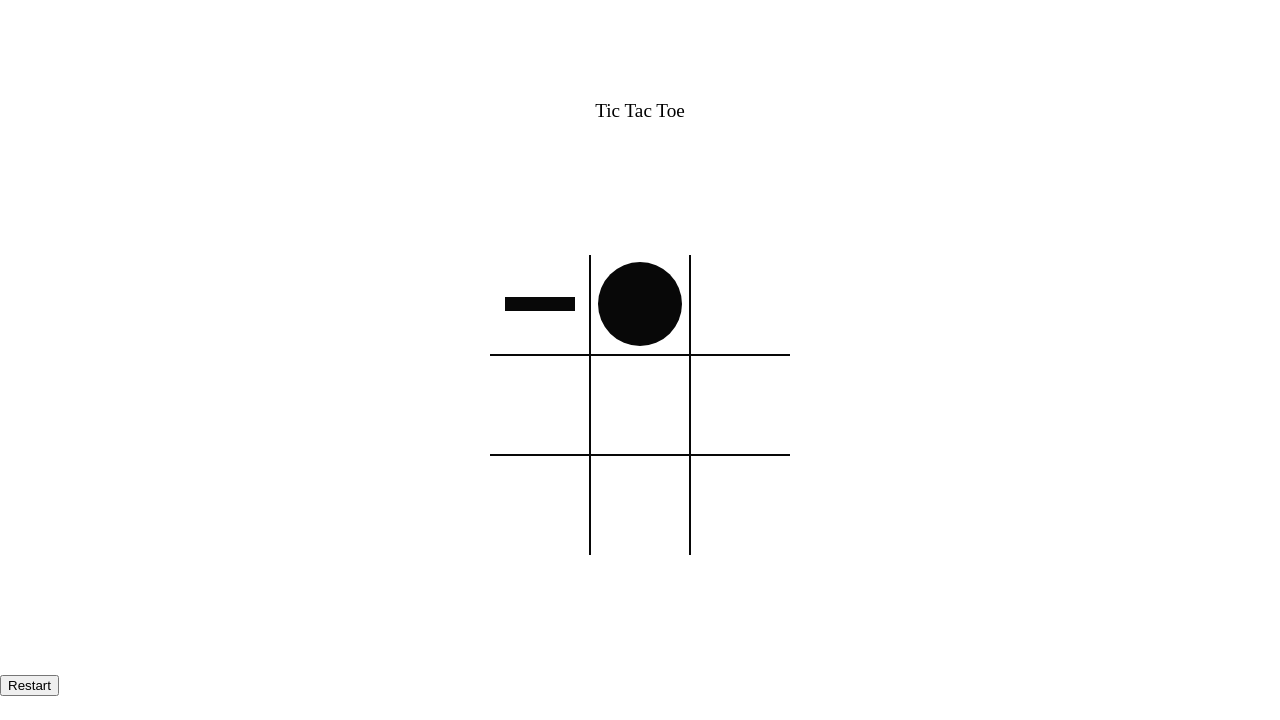
Repository: kkyler24/MCLA
Page: devFiles/TictactoeFiles/ticTacToe.html
The author's editor kept a copy of each file at every save. The page is drawn from the files as they stood at one save, then again after the next save.
The browser window is 1280 px wide. The pictures show the whole page.

Above is the page before, as saved 2020-04-17 15:32:30.

### devFiles/TictactoeFiles/ticTacToe.html
<!DOCTYPE html>
<html lang="en">

<head>
    <meta charset="UTF-8">
    <meta name="viewport" content="width=device-width, initial-scale=1.0">
    <link rel="stylesheet" type="text/css" href="tictactoe.css">
    <script src="tictactoe.js" defer></script>
    <title>Tic Tac Toe</title>
</head>

<body>
    <sectionOne>
        <!-- NavBar -->
        <!-- <nav class="navbar navbar-light bg-light">
            <!-- Image Logo -->
            <!-- <a class="navbar-brand" href="#">
                <img src="/docs/4.0/assets/brand/bootstrap-solid.svg" width="30" height="30"
                    class="d-inline-block align-top" alt="">
                Bootstrap -->
            <!-- </a> -->
        </nav>
    </sectionOne>
<sectionTwo>
<h1>Tic Tac Toe</h1>
<div class="BoardOne" id="BoardOne">
    <div class="cellBOne dash" data-cell></div>
    <div class="cellBOne circle" data-cell></div>
    <div class="cellBOne" data-cell></div>
    <div class="cellBOne" data-cell></div>
    <div class="cellBOne" data-cell></div>
    <div class="cellBOne" data-cell></div>
    <div class="cellBOne" data-cell></div>
    <div class="cellBOne" data-cell></div>
    <div class="cellBOne" data-cell></div>
</div>
<div class="winning-message-One" id="winningMessageOne">
    <div class="data-winning-message-text-One"></div>
    <button id="restartButtonOne">Restart</button>
</div>



</sectionTwo>











</body>

### devFiles/TictactoeFiles/tictactoe.css
*,*::after, *::before{
    box-sizing: border-box;
}
:root {
    --cell-size:100px;
    --mark-size:calc(var(--cell-size)*.7);
    /* this makes the preview marks 90% of the cell size it edits the width of your dot or dash */
}

h1{
    margin-top: 100px;
    text-align: center;
    font-size: larger;
    font-weight: 100;
}

body{
    margin:0;
}

.BoardOne{
    width: 100vw;
    height: 75vh;
    display: grid;
    justify-content: center;
    align-content: center;
    align-items: center;
    justify-items: center;
    grid-template-columns: repeat(3,auto);
    /* this resizes the grid and makes all the cells automatically evenly sized */
}
.cellBOne{
    width: var(--cell-size);
    height: var(--cell-size);
    border: 1px solid rgb(8, 8, 8);
    display: flex;
    justify-content: center;
    align-items: center;
    position: relative;
    cursor: pointer;
}
.cellBOne:first-child,
.cellBOne:nth-child(2),
.cellBOne:nth-child(3){
    border-top: none;
}

.cellBOne:nth-child(3n+1){
    border-left: none;
}

.cellBOne:nth-child(3n+3){
    border-right: none;
}

.cellBOne:last-child,
.cellBOne:nth-child(8),
.cellBOne:nth-child(7){
    border-bottom: none;
}

.cellBOne.dash::before{
    content: "";
    width: calc(var(--mark-size)*.20);
    /* controls the height of the dashes */
    transform: rotate(90deg);
    height: var(--mark-size);
    background-color: rgb(8, 8, 8);
    /* controls how the dashes look */
    position: relative;
}

.cellBOne.circle::after{
    content: "";
    position: absolute;
    width: calc(var(--mark-size)*1.2);
    /* controls the height of the cricles */
    /* transform: rotate(90deg); */
    height: calc(var(--mark-size)*1.2);
    background-color: rgb(8, 8, 8);
    /* controls how the dashes look */
    border-radius: 50%;

}

.cellBOne.circle,
.cellBOne.dash{
    cursor: not-allowed;
}

### devFiles/TictactoeFiles/tictactoe.js
// var winningCombinations = {
//     // userchoice: computerchoice
//     rock: 'scissors', // you win
//     paper: 'rock',    // you win
//     scissors: 'paper' // you win
// random words should be put in here and converted to morse code. the computer should evaluate if your letter box matches the randomized word to win the round.
// };

After the next save:
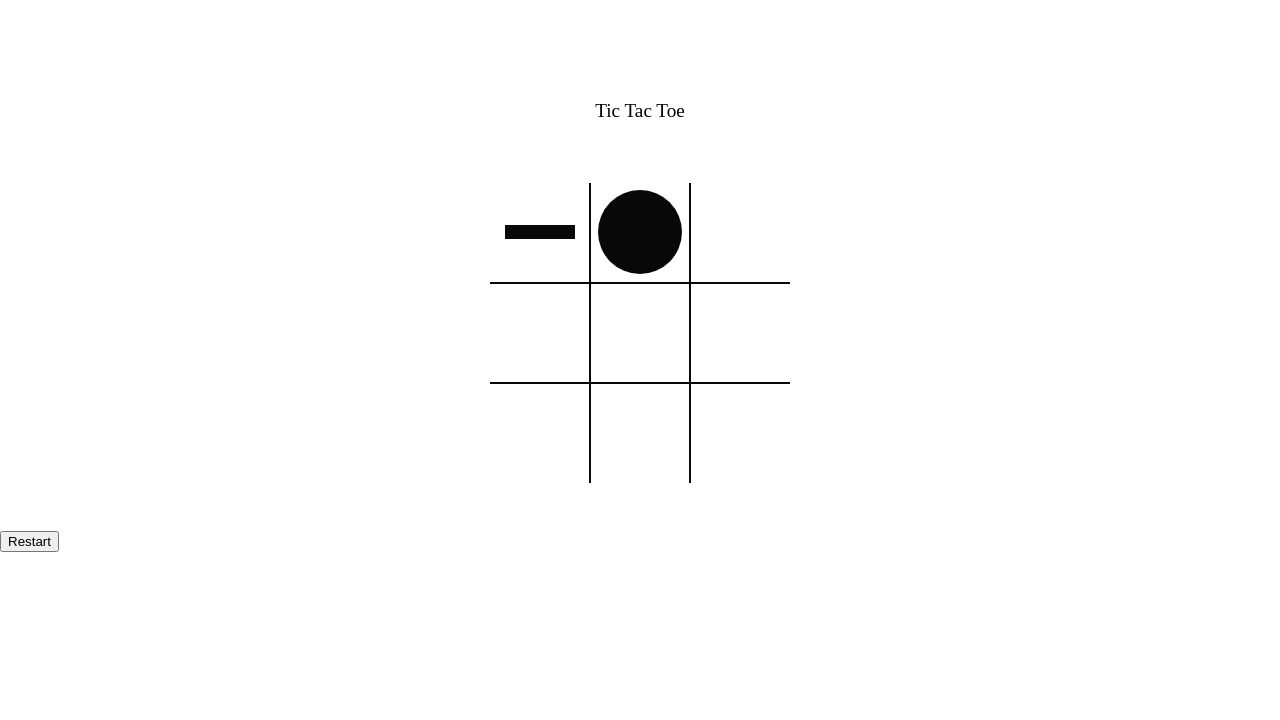
Saved 7 s later.
--- a/devFiles/TictactoeFiles/tictactoe.css
+++ b/devFiles/TictactoeFiles/tictactoe.css
@@ -20,7 +20,7 @@ body{
 
 .BoardOne{
     width: 100vw;
-    height: 75vh;
+    height: 55vh;
     display: grid;
     justify-content: center;
     align-content: center;
